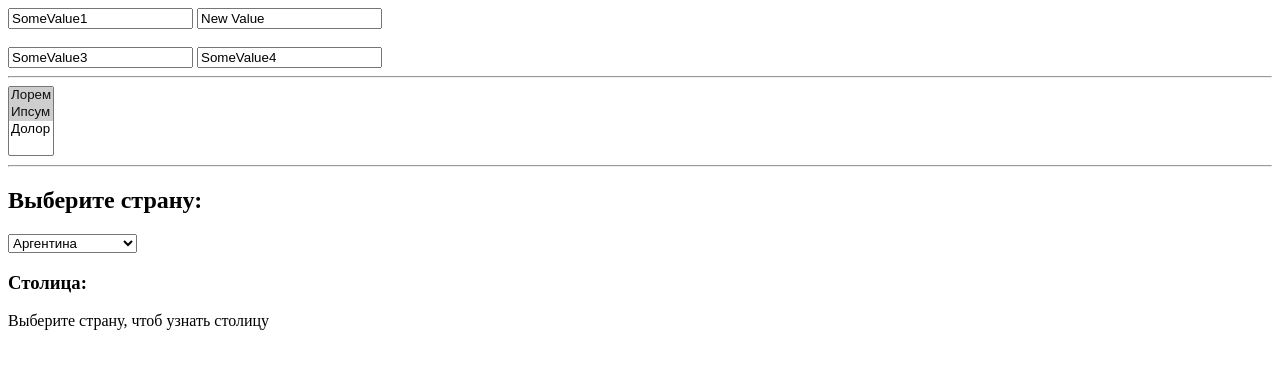
Repository: iveivs/JS_homeWork_gb
Page: homeWork/lessons Dom/les3/index.html
These files come from the project's save history. The page is drawn as it stood at one moment and after a run of saves; the edit follows.
The browser window is 1280 px wide. The pictures show the whole page.
After loading, the first visible `#country-select` was changed once.

Above is the page before, as saved 2024-01-20 00:09:04.

### homeWork/lessons Dom/les3/index.html
<!DOCTYPE html>
<html lang="en">

<head>
    <meta charset="UTF-8">
    <meta http-equiv="X-UA-Compatible" content="IE=edge">
    <meta name="viewport" content="width=device-width, initial-scale=1.0">
    <title>Document</title>
    <link rel="stylesheet" href="style.css">
</head>

<body>

    <form name="superForm">
        <input name="first" type="text" value="SomeValue1">
        <input name="second" type="text" value="SomeValue2">
    </form>
    <br>
    <form name="superForm2">
        <input name="third" type="text" value="SomeValue3">
        <input name="fourth" type="text" value="SomeValue4">
    </form>
    <hr>
    <form name="superForm3">
        <select name="selectForm" multiple>
            <option value="Lorem" selected>Лорем</option>
            <option value="Ipsum" selected>Ипсум</option>
            <option value="Dolor">Долор</option>
        </select>
    </form>
    <hr>
        <!-- // Задача
        Вы разрабатываете приложение для выбора и отображения данных о странах. У вас есть форма включающая элемент select,
        в котором пользователь может выбрать определённую страну. При выборе страны, вам необходимо динамически обновлять другой элемент на странице,
        например изображать информацию о столице страны -->
        <h2>Выберите страну:</h2>
        <form id="country-form">
            <select name="" id="country-select">
                <option value="">Выберите страну</option>
                <option value="argentina">Аргентина</option>
                <option value="janmaica">Ямайка</option>
                <option value="mozambic">Мозамбик</option>
            </select>
        </form>

        <h3>Столица:</h3>
        <p id="capital-info">Выберите страну, чтоб узнать столицу</p>
    <script src="script.js"></script>
</body>

</html>

### homeWork/lessons Dom/les3/style.css
hr {
    mt20
    margin-bottom: 20px;
}

### homeWork/lessons Dom/les3/script.js
// Обращения(получение элемента)
// console.log(document.forms.superForm);
// console.log(document.forms[1]);
// - -

const form = document.forms.superForm
// console.log(form.elements.first);
// console.log(form.elements.second);
form.elements.second.value = 'New Value'

//  - - - - - - - - -

const someSelect = document.forms.superForm3.selectForm
// Следующие три строки делают(?) одно и тоже
// someSelect.options[2].selected = true
// someSelect.selectIndex = 2
// someSelect.value = "Dolor"

const selectedEl = Array.from(someSelect.options)
.filter(option => option.selected)
.map(option => option.value)
console.log(selectedEl);
// - - - - - - - - - - -

// Задача
// Вы разрабатываете приложение для выбора и отображения данных о странах. У вас есть форма включающая элемент select,
// в котором пользователь может выбрать определённую страну. При выборе страны, вам необходимо динамически обновлять другой элемент на странице,
// например изображать информацию о столице страны

const selectElement = document.querySelector('#country-select')
const capitalInfoElement = document.querySelector('#capital-info')

selectElement.addEventListener('change', function(e) {
    const selectedCountry = selectElement.value
    let capital = ''
    // console.log(selectedCountry);

    switch (selectedCountry) {
        case 'argentina':
            capital = 'Буэнос-Айрес'
            break
        case 'janmaica':
            capital = 'Кингстон'
            break
        case 'mozambic':
            capital = 'Мапуту'
            break
        default:

    }

})

// selectElement.onchange = function() {
//     const selectedCountry = selectElement.value
//     let capital = ''
// }

After the next 9 saves:
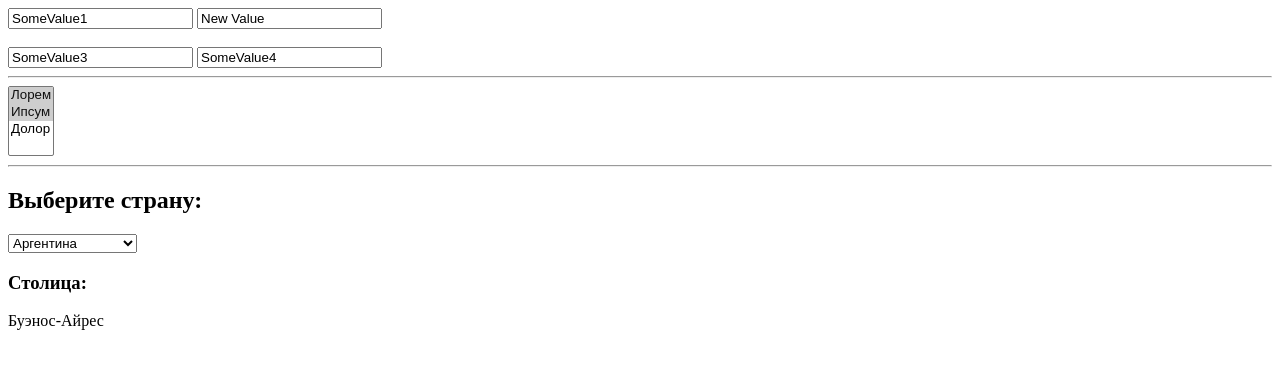
The 9 saves are shown as one change because they came seconds apart.
The last was saved 21 s later.
--- a/homeWork/lessons Dom/les3/script.js
+++ b/homeWork/lessons Dom/les3/script.js
@@ -48,7 +48,7 @@ selectElement.addEventListener('change', function(e) {
         default:
 
     }
-
+    capitalInfoElement.innerHTML = capital
 })
 
 // selectElement.onchange = function() {
